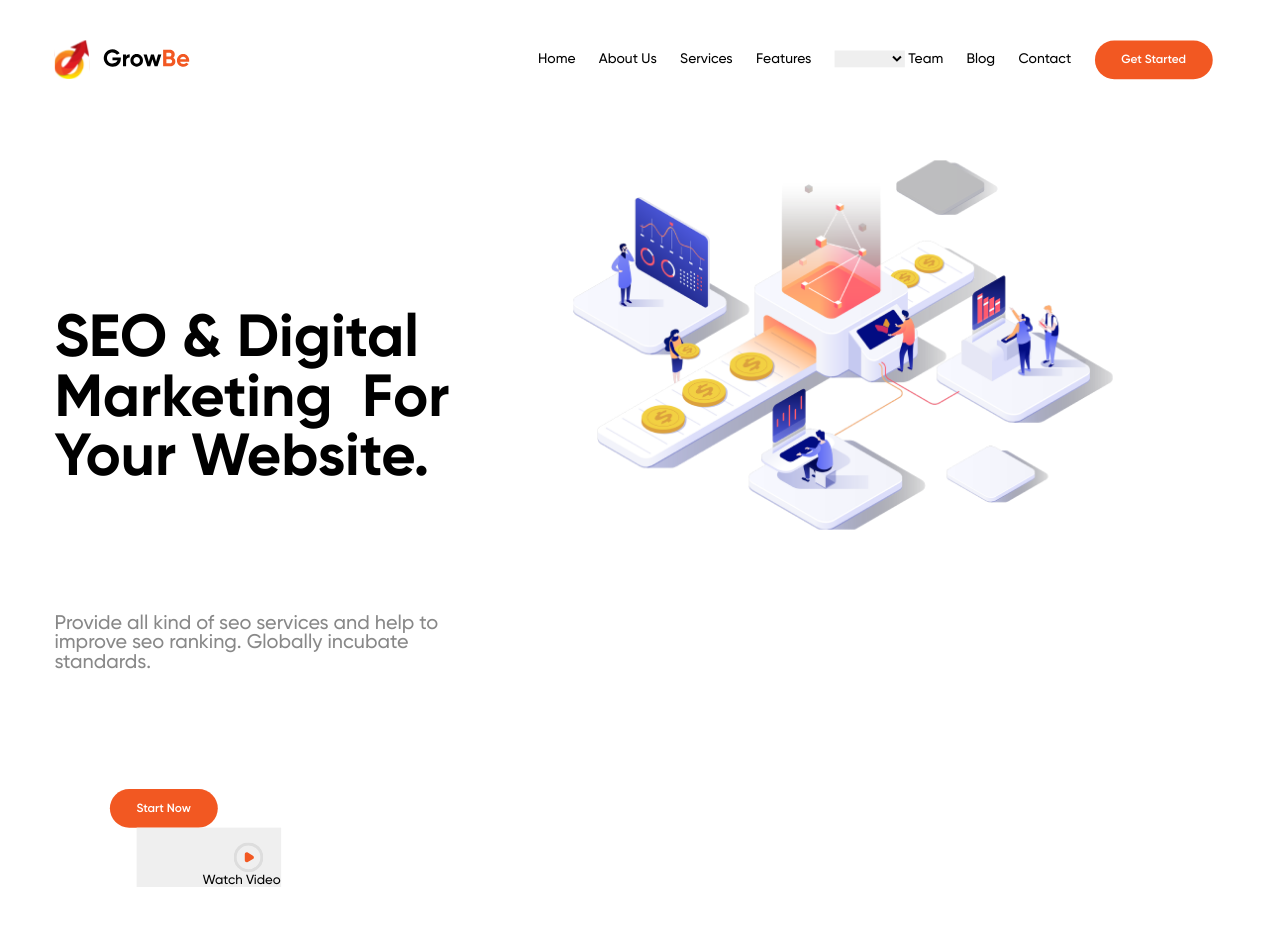
Repository: Alekseiy1980/GrowBe
Page: index.html
An editor plug-in stored every save of this project. The page is shown before and after the next save, followed by the edit.
The browser window is 1280 px wide. The pictures show the whole page, at 99% of full size.

Above is the page before, as saved 2024-01-20 14:34:25.

After the next save:
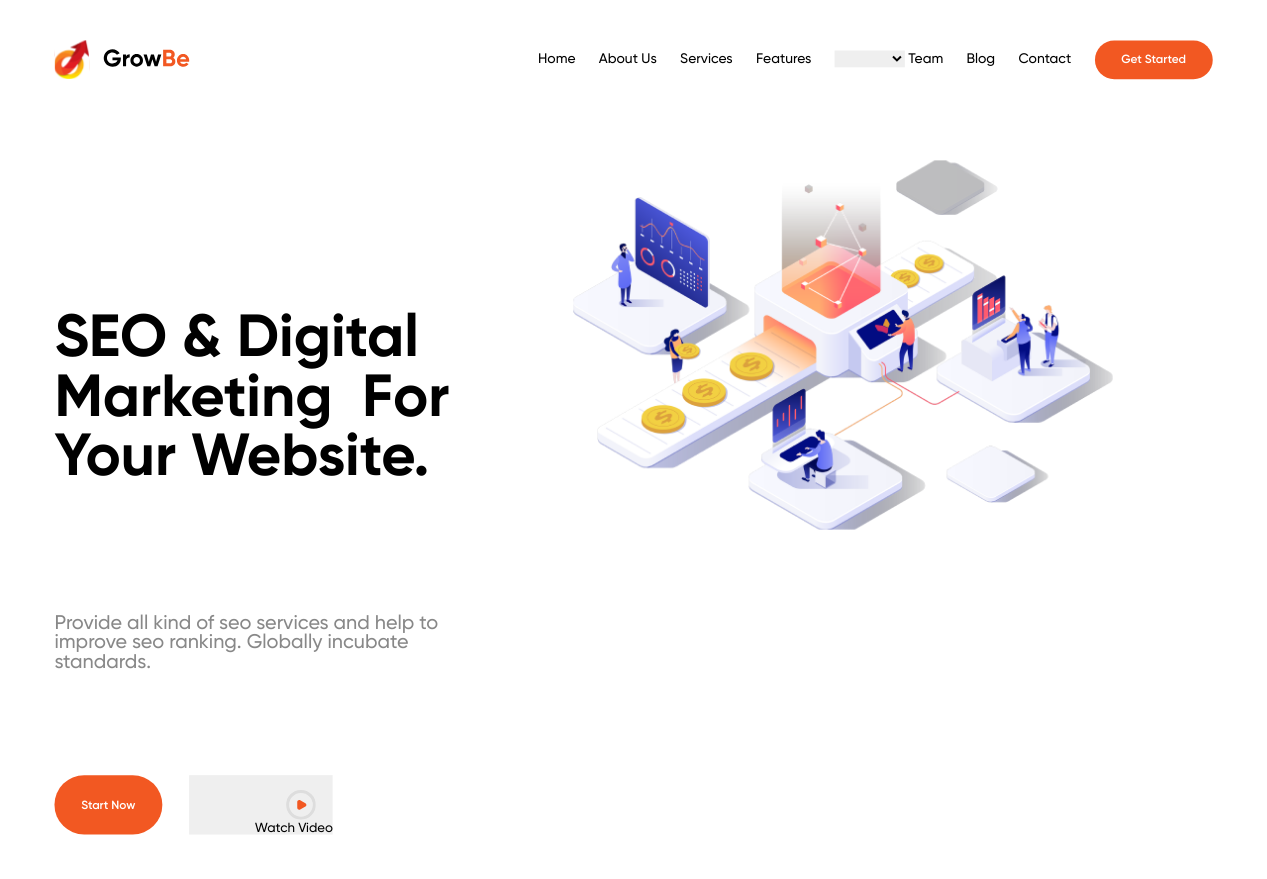
Saved 3 min 37 s later.
--- a/css/style.css
+++ b/css/style.css
@@ -103,6 +103,9 @@ header {
 .home_ing{
     width: 544px;
 }
+.btn_meta{
+    display: flex;
+}
 .btn_video{
     margin-left: 27px;
 }
